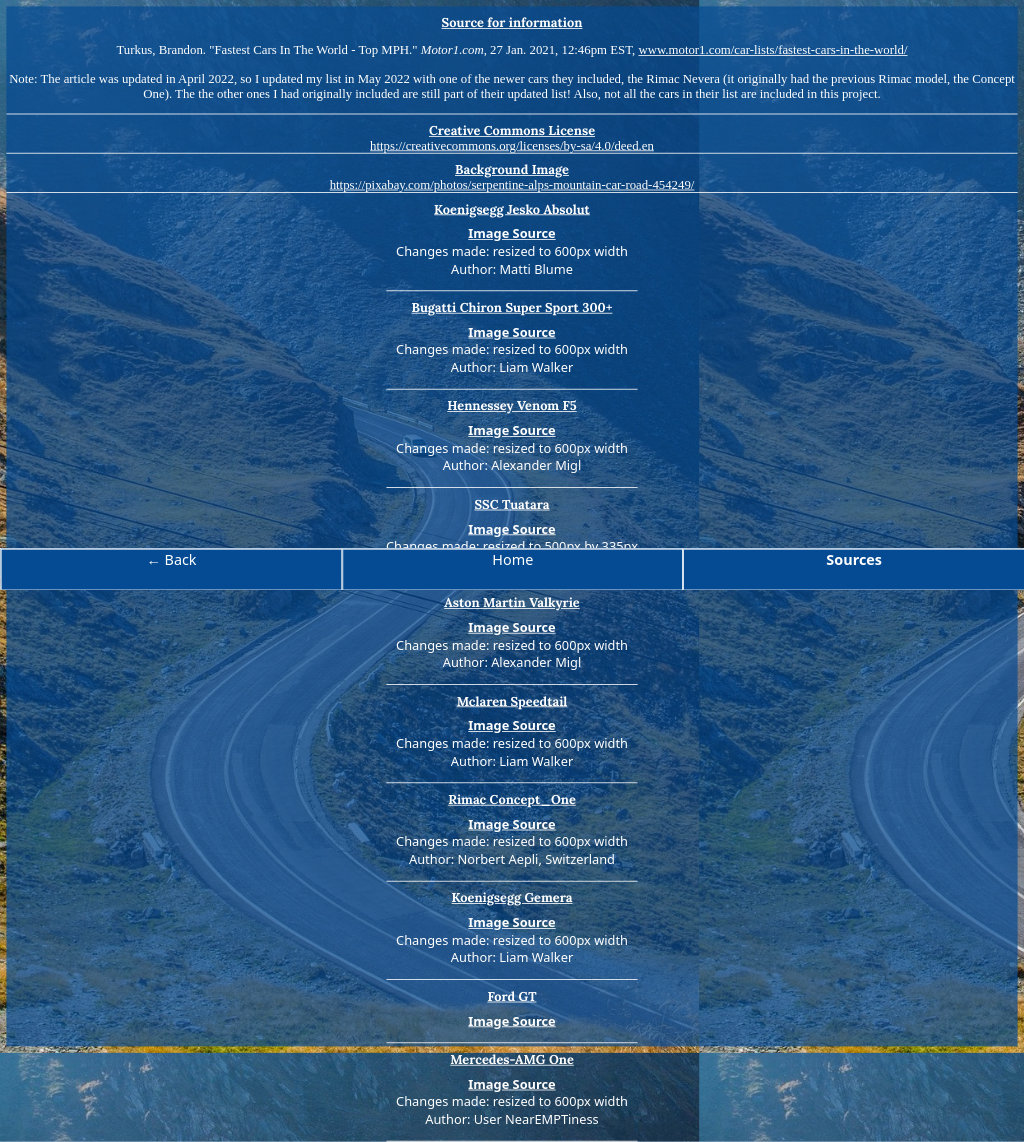
Repository: xxk3990/fastest-cars-project
Page: sources.html
These files come from the project's save history. The page is drawn as it stood at one moment and after the next save; the edit follows.
The browser window is 1280 px wide. The pictures show the whole page, at 80% of full size.
Backgrounds fixed to the window are drawn as part of the page.

Above is the page before, as saved 2022-05-19 16:04:58.

### sources.html
<!DOCTYPE html>
<html lang="en">

<head>
    <meta charset="UTF-8">
    <meta http-equiv="X-UA-Compatible" content="IE=edge">
    <meta name="viewport" content="width=device-width, initial-scale=1.0">
    <title>Sources</title>
    <link rel="stylesheet" href="styles/styles.css">
    <link rel="preconnect" href="https://fonts.gstatic.com">
    <link href="https://fonts.googleapis.com/css2?family=Lora:wght@700&display=swap" rel="stylesheet">
    <link rel="preconnect" href="https://fonts.gstatic.com">
    <link href="https://fonts.googleapis.com/css2?family=Lora:wght@700&family=Noto+Sans&display=swap" rel="stylesheet">
</head>

<body>
    <section id="sourcesList">
        <section id="sources">
            <section id="static-sources"> <!--had to remove the info source from the json to avoid issues-->
                <section id="information-source" class = "static-src">
                    <h4 class="source-header">Source for information</h4>
                    <p>Turkus, Brandon. "Fastest Cars In The World - Top MPH." <em>Motor1.com</em>, 27 Jan.
                        2021, 12:46pm EST, <a id ="info-src"
                            href="https://www.motor1.com/car-lists/fastest-cars-in-the-world/">www.motor1.com/car-lists/fastest-cars-in-the-world/</a>
                        <br>
                        <br>
                        Note: The article was updated in April 2022, so I updated my list in May 2022 with one of the newer cars they included, the Rimac Nevera (it originally had the previous Rimac model, the Concept One). The the other ones I had originally included are still part of their updated list! Also, not all the cars in their list are included in this project.
                    </p>
                </section>
                <section id="cc-license" class = "static-src">
                    <h4 class="source-header">Creative Commons License</h4>
                    <!--required for WikiMedia Commons use-->
                    <a class = "img-src"
                        href="https://creativecommons.org/licenses/by-sa/4.0/deed.en">https://creativecommons.org/licenses/by-sa/4.0/deed.en</a>
                </section>
                <section id="bg-img-source" class = "static-src">
                    <h4 class="source-header"> Background Image </h4>
                    <a class = "img-src" href="https://pixabay.com/photos/serpentine-alps-mountain-car-road-454249/">
                        https://pixabay.com/photos/serpentine-alps-mountain-car-road-454249/
                    </a>
                </section>
            </section>
            <section id="dynamicSources"> <!--sources lodaed from JSON go here!-->
            </section>
        </section>

    </section>
    <script src="sources.js"></script>
    <footer class="nav-bar">
        <section id="pages-links">
            <!--
            This neat trick of adding a <div> to an <a> allows you to make
            an <a> tag that fills an entire section and isn't just text!
            -->
            <a id="backLink" href="javascript:window.history.back()">
                <div> &#8592; Back </div>
            </a>
            <a id="homeLink" href="main-list.html">
                <div> Home </div>
            </a>
            <div id="sourcesLink">
                <div><strong>Sources</strong></div>
            </div>
        </section>
    </footer>
</body>

</html>

### styles/styles.css
body {
    background: url("../imgs/background.jpg");
    background-size: contain;
    background-attachment: fixed;
    /* stops bg image from scrolling with data on page */
}
#indexBody {
    height: 100vh;
}

#carsList {
    display: grid;
    /* repeat() works well for dynamically loading a grid! */
    grid-template-columns: repeat(2, 1fr);
    grid-template-rows: repeat(5, 1fr);
    grid-gap: 15px;
    z-index: 0;
}

#carDetails,
#sourcesList {
    display: flex;
    flex-direction: column;
    align-items: center;
}

#cars {
    display: flex;
    flex-direction: column;
    align-items: center;
    background: rgb(5, 75, 147, 0.7);
    height: 450px;
    cursor: pointer;
}

#sources {
    display: flex;
    flex-direction: column;
    align-items: center;
    background: rgb(5, 75, 147, 0.7);
    color: white;
    text-align: center;
    height: 1300px; /* this was the only height that would have all the data show */
}

.img-src,
#info-src {
    color: white;
}

#car-img-sources, .static-src {
    border-bottom: 1px solid white;
}

.source-header { /* all source title headers */
    font-family: "Lora";
    text-decoration: underline;
    margin-bottom: 0;
    margin-top: 10px;
}

.source-data {
    list-style-type: none;
    display: flex;
    flex-direction: column;
    align-items: center;
    font-family: "Noto Sans";
    padding: 0;
    margin-top: 10px;
}

#car {
    text-align: center;
}

.make-model {
    display: flex;
    justify-content: space-evenly;
    font-family: "Lora";
    font-size: 21px;
    color: white;
}

.make-model-title {
    font-family: "Lora";
    font-weight: bold;
    color: white;
    font-size: 1.5em;
    margin-bottom: 5px;
    text-align: center;
}

.make-model h4 {
    margin-top: 10px;
}

#details {
    display: flex;
    flex-direction: column;
    align-items: center;
    background: rgb(5, 75, 147, 0.7);
    height: 700px;
}

#detail {
    display: flex;
    flex-direction: column;
    align-items: center;
    text-align: center;
    color: white;
    font-size: 20px;
    font-family: 'Noto Sans', sans-serif;
}

#top_speed_title,
#description h4 {
    /* make both section titles underlined and have normal font weight */
    font-weight: normal;
    text-decoration: underline;
}

#topSpeedAmt {
    font-weight: normal;
}

#top-speed {
    /* top speed span */
    display: flex;
    justify-content: center;
    padding-left: 5px;
    padding-right: 5px;
}

#description {
    margin-left: 50px;
    margin-right: 50px;
    font-size: 20px;
}

.nav-bar {
    position: fixed;
    z-index: 1;
    width: 100vw;
    height: 35px;
    background-color: #054b93;
    bottom: 0;
    left: 0;
}

#pages-links {
    display: flex;
    justify-content: space-evenly;
    list-style-type: none;
}

#pages-links a,
#pages-links div {
    /* turns navbar links into clickable elements instead of just text */
    width: 100%;
    height: 50px;
    background-color: #054b93;
    border: 1px solid white;
    color: white;
    text-decoration: none;
    font-size: 18px;
    vertical-align: middle;
    font-family: "Noto Sans";
    text-align: center;
}

#pages-links a div {
    text-align: center;
}

#app-info {
    display: flex;
    flex-direction: column;
    align-items: center;
    background: rgb(5, 75, 147, 0.7);
    text-align: center;
    color: white;
    font-family: "Noto Sans";
    font-size: 22px;
}
#welcome {
    font-family: "Lora";
    text-align: center;
    color: white;
}

@media screen and (min-width: 321px) and (max-width: 600px) {
    body {
        background: url("../imgs/background.jpg");
        background-size: 100vw 100vh;
        background-attachment: fixed;
    }

    #details-html,
    #details-body {
        margin-top: 0;
        /* reduces scrolling issues */
    }

    #carsList,
    #carDetails,
    #sourcesList {
        display: flex;
        flex-direction: column;
        align-items: center;
    }

    #sources {
        font-size: 17px;
        height: 1575px; /* had to be EVEN longer for this one */
    }

    #cars {
        width: 350px;
        height: 300px;
    }

    #car-image,
    #car-image-zoomed {
        width: 350px;
    }

    #car-image-zoomed {
        margin-top: 7px;
        /* add a bit of spacing between image and top of section on details page */
    }

    .make-model {
        /* for some reason it had extra padding and margins in the mobile version!*/
        margin: 0;
        padding: 0;
        height: 40px;
    }

    #details {
        width: 100vw;
        height: 100vh;
    }

    #top-speed {
        height: 40px;
        margin-bottom: 0;
    }

    #top-speed h4 {
        margin-top: 15px;
    }

    #description {
        margin-left: 20px;
        margin-right: 20px;
    }

    #description h4 {
        margin-top: 15px;
        margin-bottom: 0;
    }

    #description p {
        margin-top: 15px;
        font-size: 19px;
    }

    .img-src,
    #info-src {
        display: flex;
        flex-direction: column;
        align-items: center;
    }

    .source-data,
    #information-source p,
    #bg-img-source {
        padding: 0;
    }
    .source-header {
        max-width: 375px;
    }

    #app-info {
        height: 50vh;
        font-size: 30px;
    }

}

@media screen and (max-width: 320px) {

    html,
    body {
        background: url("../imgs/background.jpg");
        background-size: 100vw 100vh;
        background-attachment: fixed;
    }

    #details-html,
    #details-body {
        margin-top: 0;
        /* reduces scrolling issues */
    }

    #carsList,
    #carDetails {
        display: flex;
        flex-direction: column;
        align-items: center;
    }

    #details {
        width: 100vw;
        height: 600px;
    }

    #car-image,
    #car-image-zoomed {
        width: 300px;
    }

    #car-image-zoomed {
        margin-top: 7px;
        /* add a bit of spacing between image and top of section on details page */
    }

    #cars {
        width: 300px;
        height: 300px;
    }

    .make-model {
        /* for some reason it had extra padding and margins in the mobile version!*/
        margin: 0;
        padding: 0;
        height: 30px;
        font-size: 20.5px;
        margin-bottom: 20px;
    }

    #top-speed {
        height: 30px;
        margin-bottom: 0;
    }

    #top-speed h4 {
        margin-top: 10px;
    }

    #description {
        margin-left: 10px;
        margin-right: 10px;
        font-size: 17px;
    }

    #description h4 {
        margin-top: 10px;
        margin-bottom: 0;
    }

    #description p {
        margin-top: 10px;
    }
    #sources {
        height: 1500px;
    }

}

@media screen and (min-width: 768px) and (max-width: 1024px) {
    #carsList {
        display: flex;
        flex-direction: column;
        align-items: center;
    }

    #car-image {
        width: 600px;
    }

    #cars {
        width: 600px;
        height: 500px;
    }
    #sources {
        height: 1400px;
    }

}

### sources.js
"use strict";

const xhr = new XMLHttpRequest(),
    url = "fastest-cars.json";
let output = "";

xhr.onreadystatechange = () => {
    if (xhr.readyState === 4 && xhr.status === 200) {
        const srcObj = JSON.parse(xhr.responseText);
        for (let s of srcObj) {
                output += display(s);
        }
        dynamicSources.innerHTML += output;
    }
};
xhr.open("GET", url, true);
xhr.send();

const display = (data) => {
    if (data.make === "Ford") {
    //the GT is the only one not from Wikimedia Commons and so it doesn't require the author and changes made.
        return `
            <section id = "car-img-sources">
                <h4 class = "source-header"> ${data.make} ${data.model}</h4>
                <ul class = "source-data">
                    <li><strong><a class ="img-src" href = "${data.imageSource.url}">Image Source</a></strong></li>
                </ul>
            </section>
        `
    } else {
        return `
                    <section id = "car-img-sources">
                        <h4 class = "source-header"> ${data.make} ${data.model}</h4>
                        <ul class = "source-data">
                            <li class = "source-li"><strong><a class ="img-src" href = "${data.imageSource.url}">Image Source</a></strong></li>
                            <li class = "source-li"> Changes made: ${data.imageSource.changes_made}</li>
                            <li class = "source-li"> Author: ${data.imageSource.author}</li>
                        </ul>
                    </section>
        `
    }

}

### fastest-cars.json
[
   {
      "id": 0,
      "model":"Jesko Absolut",
      "make":"Koenigsegg",
      "top_speed":330,
      "description":"This vehicle has 1600 brake horsepower with a five liter V8 engine that has added downforce due to a sleek body. However, while the other cars have officially reached their top speed, the Jesko Absolut's claimed top speed of 330 is only what their calculations say, as they have not been able to officially test it.",
      "image": {
         "sixHundred": "imgs/jesko.jpeg",
         "fourHundred": "imgs/jesko-400.jpeg",
         "threeFifty": "imgs/jesko-350.jpeg",
         "threeHundred": "imgs/jesko-300.jpeg"
      },
      "imageSource":{
         "url":"https://commons.wikimedia.org/wiki/File:GIMS_2019,_Le_Grand-Saconnex_(GIMS0833).jpg",
         "changes_made":"resized to 600px width",
         "author":"Matti Blume"
      }
   },
   {
      "id": 1,
      "model":"Chiron Super Sport 300+",
      "make":"Bugatti",
      "top_speed":304,
      "description":"This car was tested and hit 304mph. It has 1,600 brake horsepower and can hit 60mph in only 2.3 seconds.",
      "image":{
         "sixHundred": "imgs/chiron_300plus.jpeg",
         "fourHundred": "imgs/chiron_300plus-400.jpeg",
         "threeFifty" : "imgs/chiron_300plus-350.jpeg",
         "threeHundred": "imgs/chiron_300plus-300.jpeg"
      },
      "imageSource":{
         "url":"https://commons.wikimedia.org/wiki/File:2020_Bugatti_Chiron_Super_Sport_300%2B_Prototype.jpg",
         "changes_made":"resized to 600px width",
         "author":"Liam Walker"
      }
   },
   {
      "id": 2,
      "model":"Venom F5",
      "make":"Hennessey",
      "top_speed":311,
      "description":"The fastest US car on this list, this car will fly past 300 MPH due to a 1,817 brake horsepower 6.6 liter V8 with two turbochargers that will also allow it to hit 60MPH in 2.4 seconds.",
      "image":{
         "sixHundred": "imgs/venom_f5.jpeg",
         "fourHundred": "imgs/venom_f5-400.jpeg",
         "threeFifty": "imgs/venom_f5-350.jpeg",
         "threeHundred": "imgs/venom_f5-300.jpeg"
      },
      "imageSource":{
         "url":"https://commons.wikimedia.org/wiki/File:Hennessey_Venom_F5_Genf_2018.jpg",
         "changes_made":"resized to 600px width",
         "author":"Alexander Migl"
      }
   },
   {
      "id": 3,
      "model":"Tuatara",
      "make":"SSC",
      "top_speed":282.9,
      "description":"Although initial testing had some problems, this car was able to set an average top speed of 282.9MPH with its 1,750 BHP. It can also hit 60 MPH in 2.5 seconds. ",
      "image": {
         "sixHundred": "imgs/tuatara.jpeg",
         "fourHundred": "imgs/tuatara-400.jpeg",
         "threeFifty": "imgs/tuatara-350.jpeg",
         "threeHundred": "imgs/tuatara-300.jpeg"
      },
      "imageSource":{
         "url":"https://commons.wikimedia.org/wiki/File:2019_SSC_Tuatara_at_Pebble_Beach_Press_Conference.jpg",
         "changes_made":"resized to 500px by 335px",
         "author":"Corbin Harder"
      }
   },
   {
      "id": 4,
      "model":"Valkyrie",
      "make":"Aston Martin",
      "top_speed":250,
      "description":"This car, with its V12 engine and hybrid technology, has 1,160 BHP a top speed of over 250 miles an hour and a 0-60 of 2.5 seconds.",
      "image": {
         "sixHundred": "imgs/valkyrie.jpeg",
         "fourHundred": "imgs/valkyrie-400.jpeg",
         "threeFifty": "imgs/valkyrie-350.jpeg",
         "threeHundred": "imgs/valkyrie-300.jpeg"
      },
      "imageSource":{
         "url":"https://commons.wikimedia.org/wiki/File:Aston_Martin_Valkyrie_Verification_Prototype_001_Genf_2019_1Y7A5569.jpg",
         "changes_made":"resized to 600px width",
         "author":"Alexander Migl"
      }
   },
   {
      "id": 5,
      "model":"Speedtail",
      "make":"Mclaren",
      "top_speed":250,
      "description":"A hypercar from a company with a history of speed record cars, this car will no doubt reach its 250 MPH top speed. It has 1,036 BHP and can reach 60 in 2.9 seconds.",
      "image": {
         "sixHundred": "imgs/speedtail.jpg",
         "fourHundred": "imgs/speedtail-400.jpg",
         "threeFifty": "imgs/speedtail-350.jpg",
         "threeHundred": "imgs/speedtail-300.jpg"
      },
      "imageSource":{
         "url":"https://commons.wikimedia.org/wiki/File:2020_McLaren_Speedtail_4.0_Rear.jpg",
         "changes_made":"resized to 600px width",
         "author":"Liam Walker"
      }
   },
   {
      "id": 6,
      "model":"Concept_One",
      "make":"Rimac",
      "top_speed":221,
      "description":"This is the only electric supercar on this list, but it shows just how powerful electric cars can be. It has 1,224 BHP and can hit 60 in 2.5 seconds. We will soon see the next gen version, the Concept_Two, which will have 1,914 BHP.",
      "image":{
         "sixHundred": "imgs/concept_one.jpeg",
         "fourHundred": "imgs/concept_one-400.jpeg",
         "threeFifty": "imgs/concept_one-350.jpeg",
         "threeHundred": "imgs/concept_one-300.jpeg"
      },
      "imageSource":{
         "url":"https://commons.wikimedia.org/wiki/File:2017-03-07_Geneva_Motor_Show_0949.JPG",
         "changes_made":"resized to 600px width",
         "author":"Norbert Aepli, Switzerland"
      }
   },
   {
      "id": 7,
      "model":"Gemera",
      "make":"Koenigsegg",
      "top_speed":249,
      "description":"With only a 3 cylinder engine, you wouldn't expect this car to be on this list, but Koenigsegg have put their magic into it. It has 1,700 BHP and gets to 60 in a whopping 1.9 seconds. It will also seat four people, so you can enjoy a drive with three friends.",
      "image":{
         "sixHundred": "imgs/gemera.jpg",
         "fourHundred": "imgs/gemera-400.jpg",
         "threeFifty": "imgs/gemera-350.jpg",
         "threeHundred": "imgs/gemera-300.jpg"
      },
      "imageSource":{
         "url":"https://commons.wikimedia.org/wiki/File:2020_Koenigsegg_Gemera_2.0.jpg",
         "changes_made":"resized to 600px width",
         "author":"Liam Walker"
      }
   },
   {
      "id": 8,
      "model":"GT",
      "make":"Ford",
      "top_speed":216,
      "description":"This car has 660 BHP from a 3.5 liter V6 with two turbochargers, allowing it to hit 216 MPH and 60 in 3 seconds flat.",
      "image": {
         "sixHundred": "imgs/gt.jpg",
         "fourHundred": "imgs/gt-400.jpg",
         "threeFifty": "imgs/gt-350.jpg",
         "threeHundred": "imgs/gt-300.jpg"
      },
      "imageSource":{
         "url":"https://pixabay.com/photos/car-auto-ford-gt-gt-ford-gt-2020-4865483/"
      }
   },
   {
      "id": 9,
      "model":"One",
      "make":"Mercedes-AMG",
      "top_speed":217,
      "description":"With technology borrowed from its f1 team, Mercedes-AMG is giving this car over 1,000 BHP and a 0-60 in 2.6 seconds.",
      "image": {
         "sixHundred": "imgs/one.jpeg",
         "fourHundred": "imgs/one-400.jpeg",
         "threeFifty": "imgs/one-350.jpeg",
         "threeHundred": "imgs/one-300.jpeg"
      },
      "imageSource":{
         "url":"https://commons.wikimedia.org/wiki/File:AMG_at_IAA_2017_(05).jpg",
         "changes_made":"resized to 600px width",
         "author":"User NearEMPTiness"
      }
   }
]

After the next save:
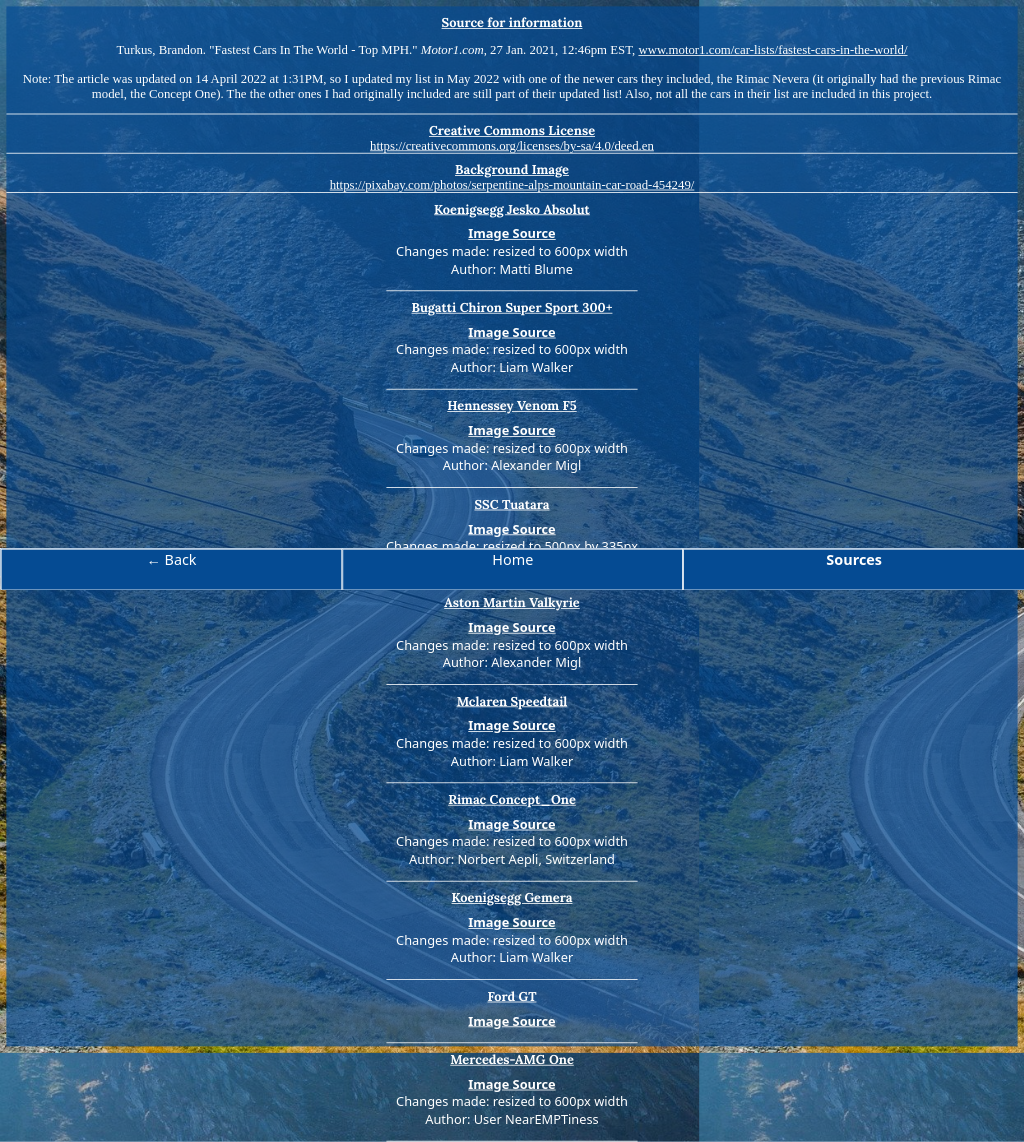
Saved 94 s later.
--- a/sources.html
+++ b/sources.html
@@ -24,7 +24,7 @@
                             href="https://www.motor1.com/car-lists/fastest-cars-in-the-world/">www.motor1.com/car-lists/fastest-cars-in-the-world/</a>
                         <br>
                         <br>
-                        Note: The article was updated in April 2022, so I updated my list in May 2022 with one of the newer cars they included, the Rimac Nevera (it originally had the previous Rimac model, the Concept One). The the other ones I had originally included are still part of their updated list! Also, not all the cars in their list are included in this project.
+                        Note: The article was updated on 14 April 2022 at 1:31PM, so I updated my list in May 2022 with one of the newer cars they included, the Rimac Nevera (it originally had the previous Rimac model, the Concept One). The the other ones I had originally included are still part of their updated list! Also, not all the cars in their list are included in this project.
                     </p>
                 </section>
                 <section id="cc-license" class = "static-src">
